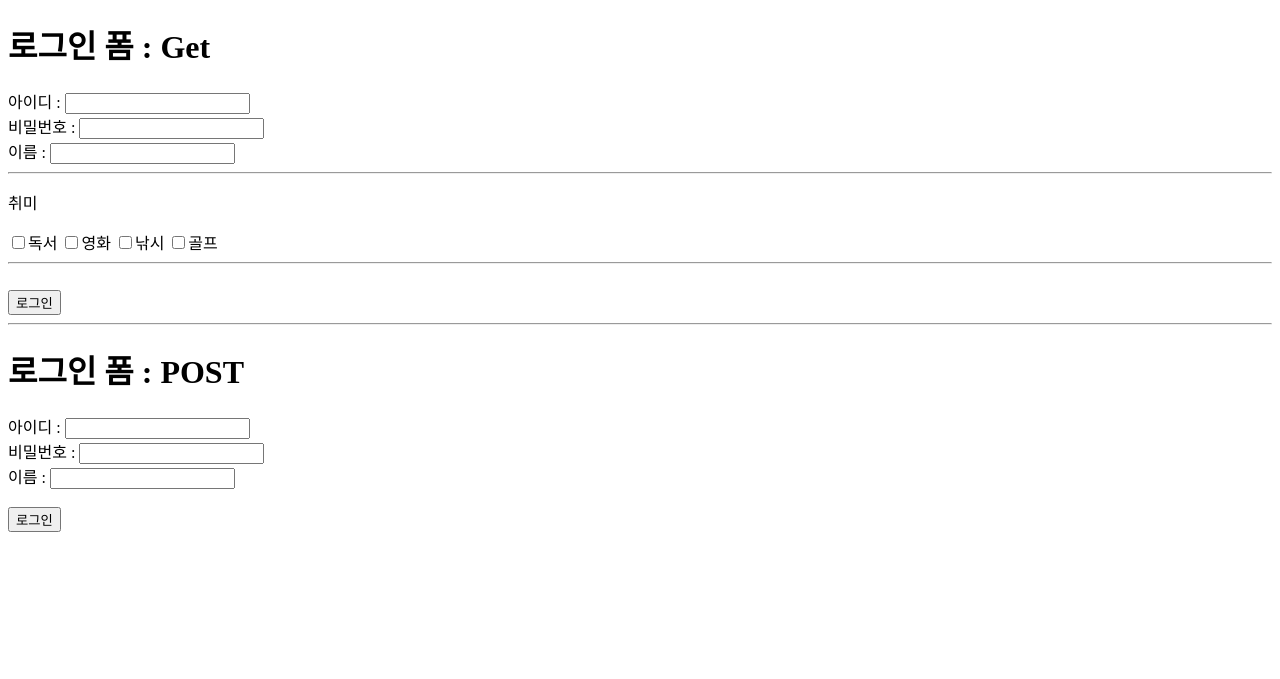
Repository: YooMyeongSeon/JSP_Servlet_Study
Page: web02/WebContent/inputLogin.html
The author's editor kept a copy of each file at every save. The page is drawn from the files as they stood at one save, then again after the next save.
The browser window is 1280 px wide. The pictures show the whole page.

Above is the page before, as saved 2022-06-14 14:12:55.

### web02/WebContent/inputLogin.html
<!DOCTYPE html>
<html>
<head>
<meta charset="UTF-8">
<title>Insert title here</title>
</head>
<body>
	<h1>로그인 폼 : Get</h1>
	<form action="LS" method="get">
		<label for="userid">아이디 : </label>
		<input type="text" id="userid" name="userid"><br>
		<label for="userpwd">비밀번호 : </label>
		<input type="password" id="userpwd" name="userpwd"><br>
		<label for="name">이름 : </label>
		<input type="text" id="name" name="name"><br>
		<hr>
		<p>취미</p>
		<input type="checkbox" name="hobby" value="readBook">독서
		<input type="checkbox" name="hobby" value="watchMovie">영화
		<input type="checkbox" name="hobby" value="fishing" >낚시
		<input type="checkbox" name="hobby" value="golf" >골프
		<hr>
		<input type="hidden" id="age" name="age" value="25"><br>
		<input type="submit" value="로그인">
	</form>
	<hr>
	<h1>로그인 폼 : POST</h1>
	<form action="LS" method="post">
		<label for="userid">아이디 : </label>
		<input type="text" id="userid" name="userid"><br>
		<label for="userpwd">비밀번호 : </label>
		<input type="password" id="userpwd" name="userpwd"><br>
		<label for="name">이름 : </label>
		<input type="text" id="name" name="name"><br>
		<input type="hidden" id="age" name="age" value="25"><br>
		<input type="submit" value="로그인">
	</form>
</body>
</html>

After the next save:
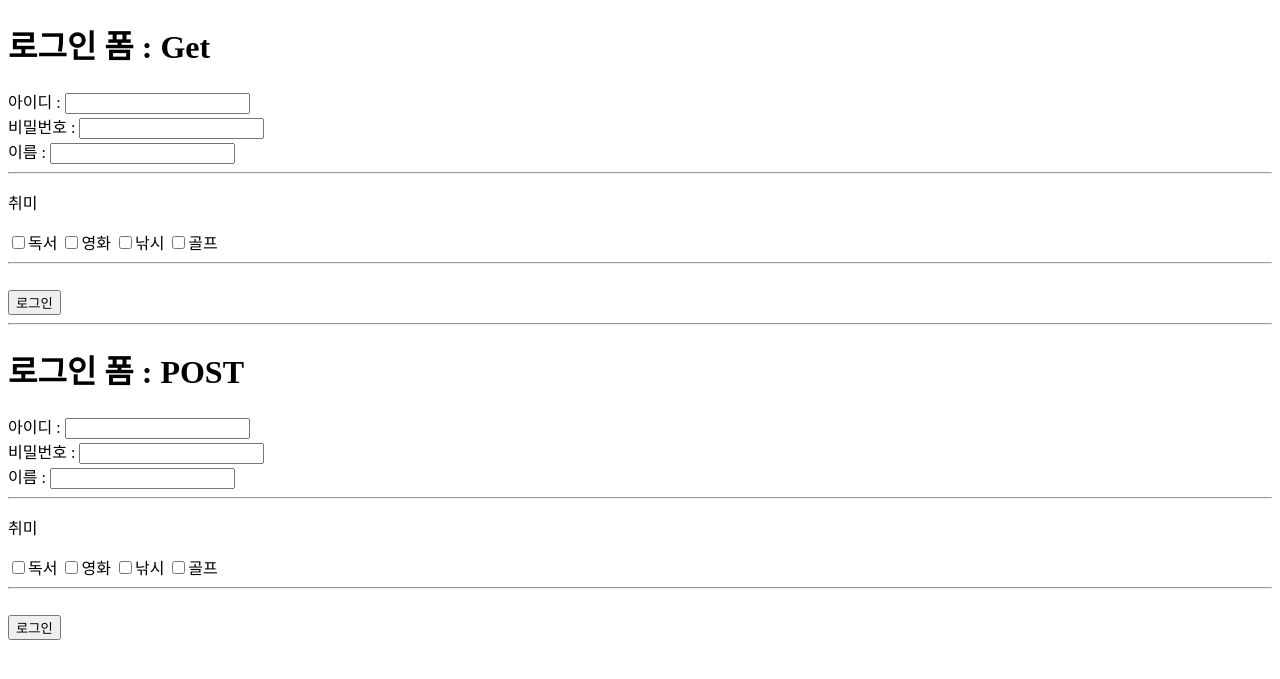
Saved 3 min 46 s later.
--- a/web02/WebContent/inputLogin.html
+++ b/web02/WebContent/inputLogin.html
@@ -32,6 +32,13 @@
 		<input type="password" id="userpwd" name="userpwd"><br>
 		<label for="name">이름 : </label>
 		<input type="text" id="name" name="name"><br>
+		<hr>
+		<p>취미</p>
+		<input type="checkbox" name="hobby" value="readBook">독서
+		<input type="checkbox" name="hobby" value="watchMovie">영화
+		<input type="checkbox" name="hobby" value="fishing" >낚시
+		<input type="checkbox" name="hobby" value="golf" >골프
+		<hr>
 		<input type="hidden" id="age" name="age" value="25"><br>
 		<input type="submit" value="로그인">
 	</form>
